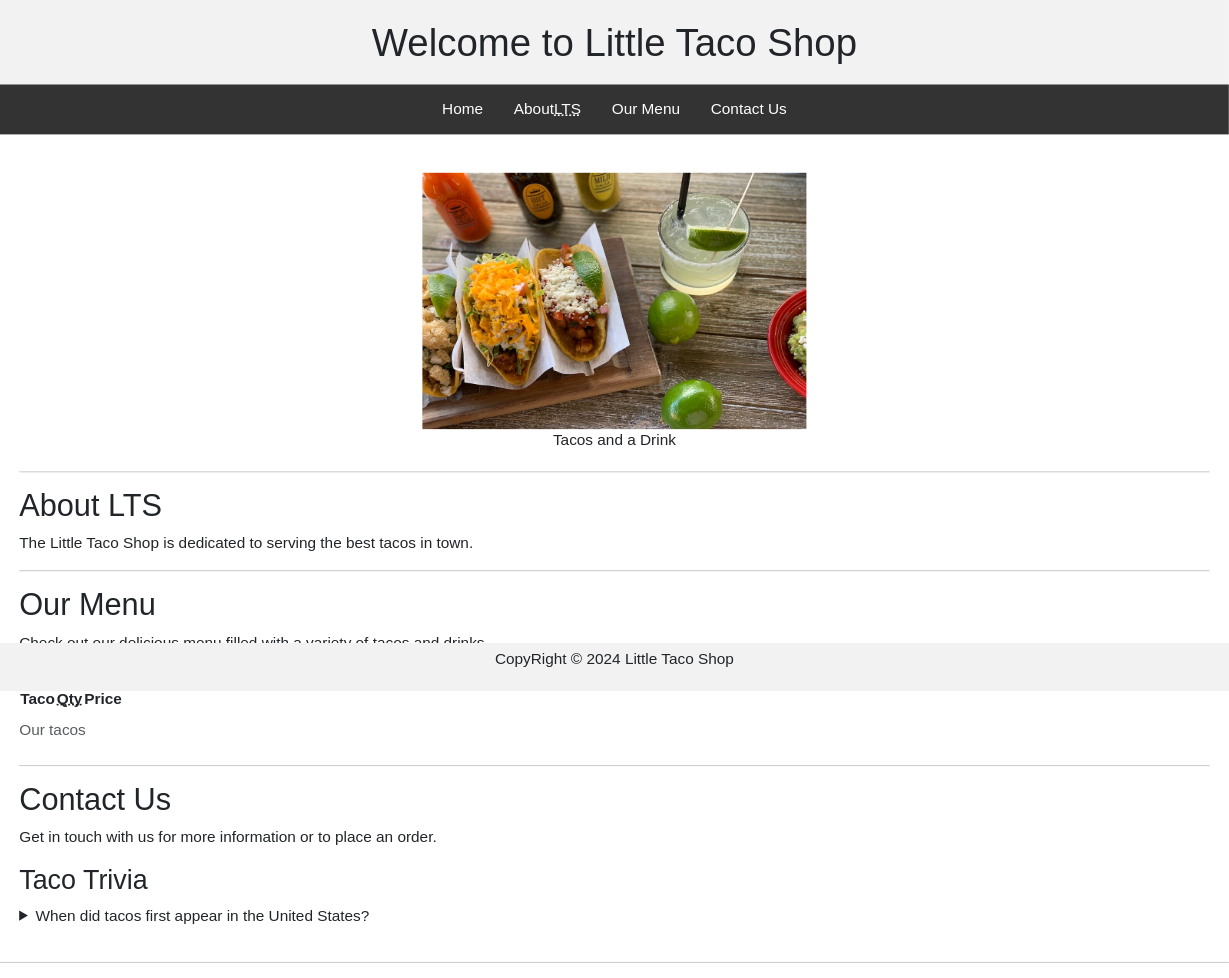
Repository: cavidk/taco_shop-web
Page: html basics/index.html
The author's editor kept a copy of each file at every save. The page is drawn from the files as they stood at one save, then again after the next save.
The browser window is 1280 px wide. The pictures show the whole page, at 96% of full size.

Above is the page before, as saved 2024-06-11 10:40:32.

### html basics/index.html
<!DOCTYPE html>
<html lang="en">

<head>
   <meta charset="UTF-8">
   <meta name="author" content="Paimon">
   <meta name="description" content="The official website for Little Taco Shop">
   <title>The Little Taco Shop</title>
   <link rel="icon" href="icons8-star-100.png" type="image">
   <link href="https://cdn.jsdelivr.net/npm/bootstrap@5.3.3/dist/css/bootstrap.min.css" rel="stylesheet" integrity="sha384-QWTKZyjpPEjISv5WaRU9OFeRpok6YctnYmDr5pNlyT2bRjXh0JMhjY6hW+ALEwIH" crossorigin="anonymous">   <link rel="stylesheet" href="css/style.css">
   </head>
   <body>
      <header>
         <h1>Welcome to Little Taco Shop</h1>
         <nav>
            <ul>
               <li>
                  <a href="#home">Home</a>
               </li>
               <li>
                  <a href="#about">About<abbr title="The Little Taco Shop">LTS</abbr></a>
               </li>
               <li>
                  <a href="#menu">Our Menu</a>
               </li>
               <li>
                  <a href="contact.html">Contact Us</a>
               </li>
            </ul>
         </nav>
      </header>
      <main>
         <section id="home">
            <figure>
               <img width="400" height="267" src="images/image-24.jpeg" alt="This is a Drink with taco" title="We love tacos">
               <figcaption>
                  Tacos and a Drink
               </figcaption>
            </figure>
         </section>
         <hr>
         <section id="about">
            <h2>About LTS</h2>
            <p>The Little Taco Shop is dedicated to serving the best tacos in town.</p>
         </section>
         <hr>
         <section id="menu">
            <h2>Our Menu</h2>
            <p>Check out our delicious menu filled with a variety of tacos and drinks.</p>

            <hr>
            <article id="menu">
               <table>
                  <caption>Our tacos</caption>
                  <thead>
                     <tr>
                        <th>Taco</th>
                        <th scope="col"><abbr title="Quantity">Qty</abbr></th>
                        <th scope="col">Price</th>
                     </tr>
                  </thead>

               </table>


            </article>


         </section>
         <hr>
         <section id="contact">
            <h2>Contact Us</h2>
            <p>Get in touch with us for more information or to place an order.</p>
         </section>
         <aside>
            <h3>Taco Trivia</h3>
            <details>
               <summary>
                  When did tacos first appear in the United States?
               </summary>
               <p>
                  Tacos first appeared in the United States in the 19th century. The first known mention of a taco in the
                  United States is from 1905, in a newspaper. Tacos were introduced to the United States by Mexican
                  <time datetime="1905">1905</time>
               </p>
            </details>
         </aside>
      </main>
      <hr>
      <footer>
         <p>
            CopyRight &copy; 2024 Little Taco Shop
         </p>
      </footer>
   </body>

   </html>

### html basics/css/style.css
body {
   font-family: Arial, sans-serif;
   margin: 0;
}

nav {
   background-color: #333;
   display: flex;
   justify-content: center;
   overflow: hidden;
}

nav ul {
   display: flex;
   list-style-type: none;
   margin: 0;
   padding: 0;
}

nav ul li {
   margin: 0;
}

nav ul li a {
   display: block;
   color: white;
   text-align: center;
   padding: 14px 16px;
   text-decoration: none;
}

nav ul li a:hover {
   background-color: #111;
}

header h1 {
   margin: 0;
   padding: 20px;
   text-align: center;
   background-color: #f2f2f2;
}

main {
   padding: 20px;
}

footer {
   text-align: center;
   padding: 5px;
   background-color: #f2f2f2;
   position: fixed;
   bottom: 0;
   width: 100%;
}

figure {
   text-align: center;
   margin: 20px 0;
}

After the next save:
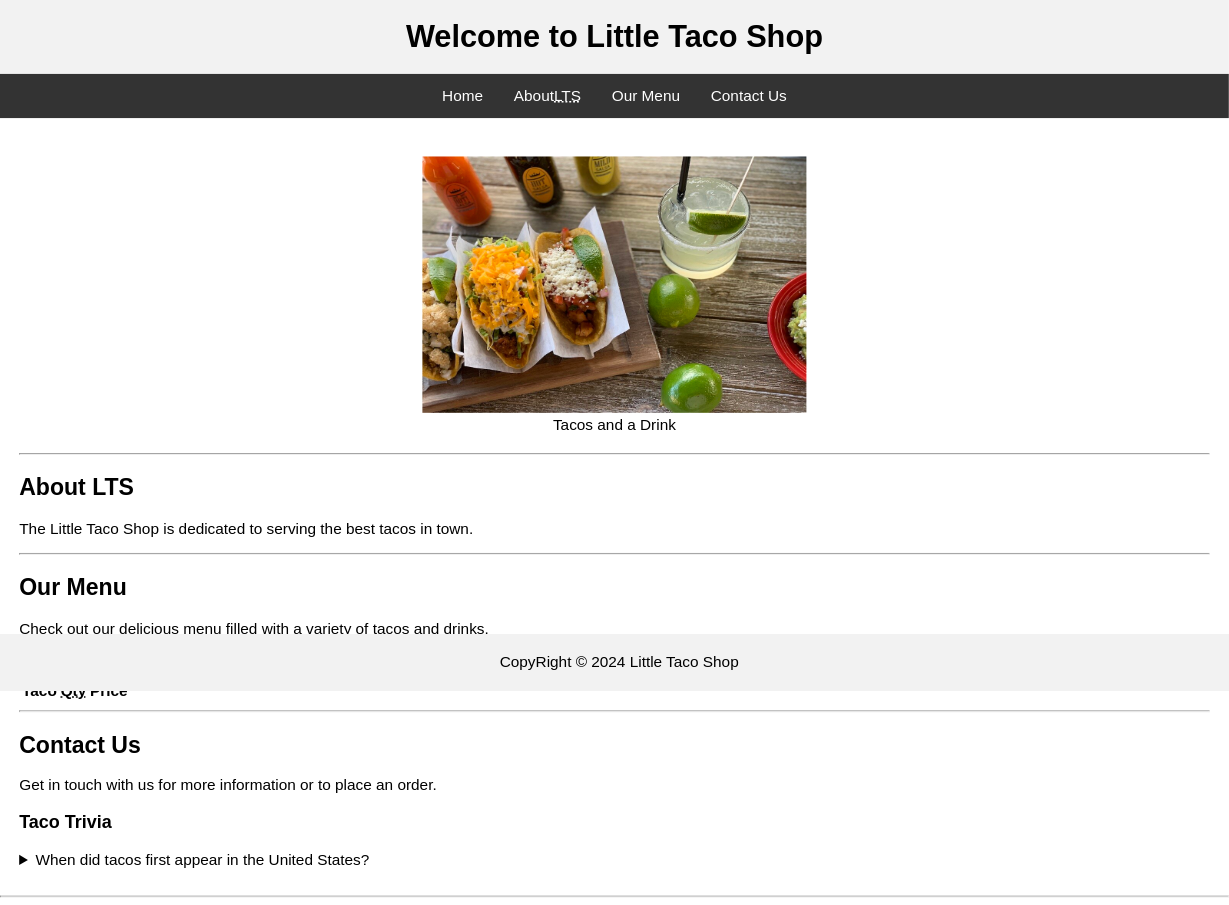
Saved 48 s later.
--- a/html basics/index.html
+++ b/html basics/index.html
@@ -7,7 +7,7 @@
    <meta name="description" content="The official website for Little Taco Shop">
    <title>The Little Taco Shop</title>
    <link rel="icon" href="icons8-star-100.png" type="image">
-   <link href="https://cdn.jsdelivr.net/npm/bootstrap@5.3.3/dist/css/bootstrap.min.css" rel="stylesheet" integrity="sha384-QWTKZyjpPEjISv5WaRU9OFeRpok6YctnYmDr5pNlyT2bRjXh0JMhjY6hW+ALEwIH" crossorigin="anonymous">   <link rel="stylesheet" href="css/style.css">
+   <link rel="stylesheet" href="css/style.css">
    </head>
    <body>
       <header>
